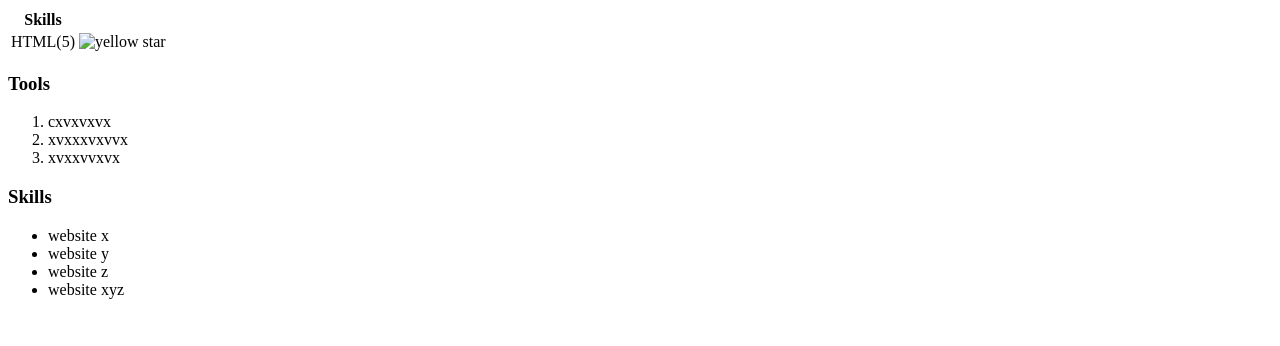
Repository: ew-code/Web-Development
Page: HTML - Personal Site/abilities.html
An editor plug-in stored every save of this project. The page is shown before and after the next save, followed by the edit.
The browser window is 1280 px wide. The pictures show the whole page.

Above is the page before, as saved 2021-01-03 16:46:26.
Not found: HTML - Personal Site/images/starSmall.png

After the next save:
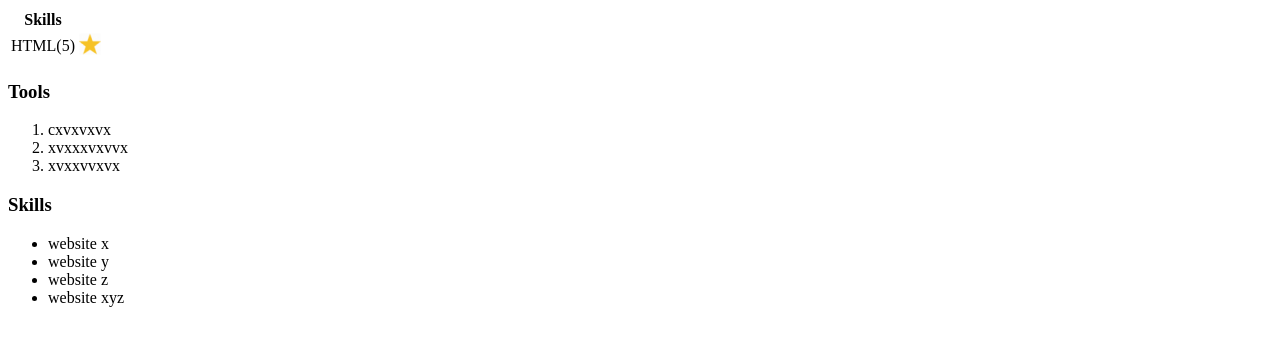
Saved 45 s later.
--- a/HTML - Personal Site/abilities.html
+++ b/HTML - Personal Site/abilities.html
@@ -19,7 +19,7 @@
     <tbody>
         <tr>
             <td>HTML(5)</td>
-            <td><img src="images\starSmall.png" alt="yellow star"></td>
+            <td><img src="images\star.png" alt="yellow star"></td>
         </tr>
     </tbody>
 </table>
